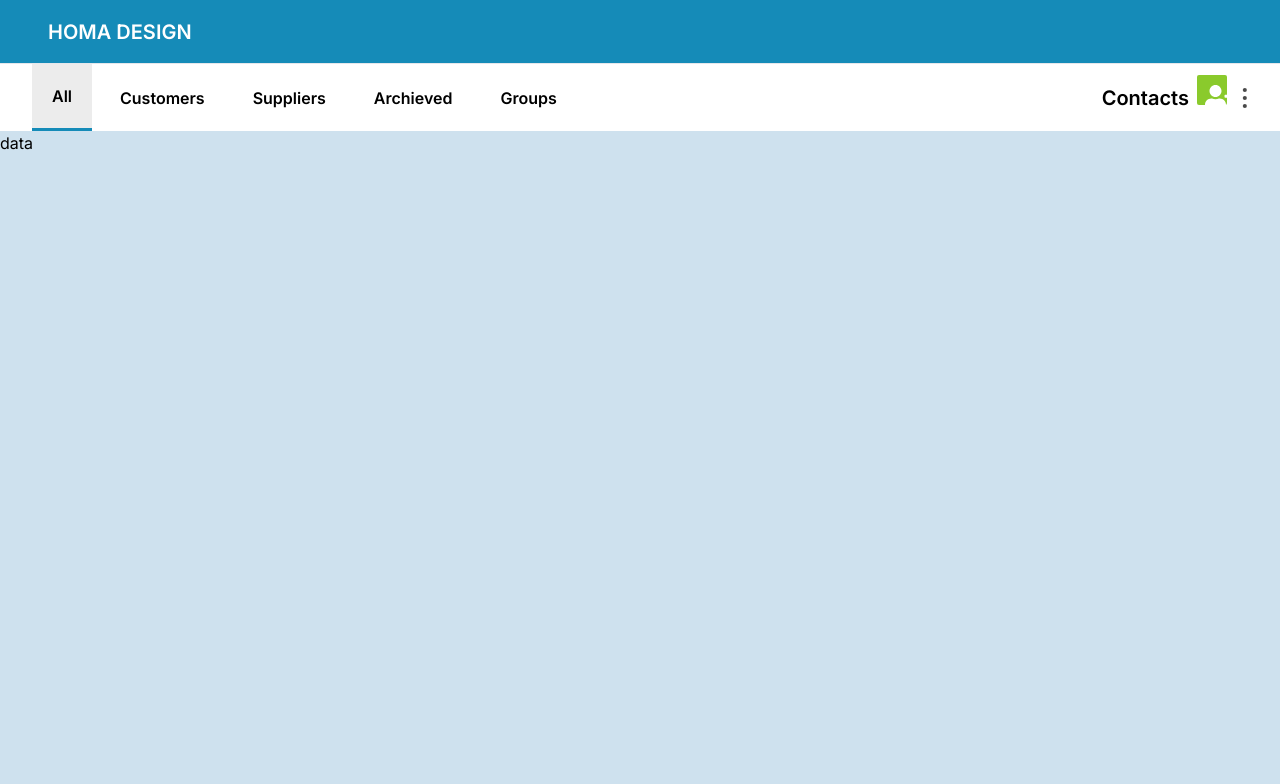
Repository: khairul35/homa-FE
Page: /contact
These files come from the project's save history. The page is drawn as it stood at one moment and after the next save; the edit follows.
The browser window is 1280 px wide. The pictures show the whole page.
The project was rebuilt for these pictures with package versions that can differ from the ones it lists, and the page was loaded fresh each time. The framework's server and built-in components were replaced by stand-ins that run in the browser. Also part of the build but not shown: next.config.js, app/components/layout/header/BusinessMenu.tsx, app/components/layout/header/CompanyMenu.tsx.

Above is the page before, as saved 2024-01-06 09:58:41.

### app/layout.tsx
import type { Metadata } from 'next'
import { Inter } from 'next/font/google'
import Header from './components/layout/Header';
import './globals.css'

const inter = Inter({ subsets: ['latin'] })

export const metadata: Metadata = {
  title: 'MyAccount2U',
  description: 'Accounting System',
}

export default function RootLayout({
  children,
}: {
  children: React.ReactNode
}) {
  return (
    <html lang="en">
      <body className={inter.className}>
        <div className='flex flex-col h-screen'>
          <Header />
          {children}
        </div>
      </body>
    </html>
  )
}

### app/contact/page.tsx
'use client';
import { useState } from 'react';
import { ComponentProps } from './index.props';
import Component from './index.component';

const Contact = () => {
    const [currentTab, setCurrentTab] = useState('all');
    const selectedStyle = {
        backgroundColor: '#ECECEC',
        borderBottom: '3px solid #158BB8',
    };

    const onClickAddContact = () => {

    }

    const componentProps: ComponentProps = {
        currentTab,
        selectedStyle,
        setCurrentTab,
        onClickAddContact
    };

    return (<Component {...componentProps} />)
};

export default Contact;

### app/components/layout/Header.tsx
'use client';

import Link from "next/link";
import BusinessMenu from "./header/BusinessMenu";
import CompanyMenu from "./header/CompanyMenu";
import OrganizationRepository from '@/api/organization';
import { useState, useEffect } from "react";
import { Organization } from "./props";
import { CompanyMenuProps } from "./header/props";

const Header = () => {
    const [organization, setOrganization] = useState<Partial<Organization>>({});
    const [organizations, setOrganizations] = useState<Organization[]>([]);

    const findMyOrganization = async () => {
        const { data } = await OrganizationRepository.findMyOrganization();
        setOrganization(data);
    };

    const findMyOrganizations = async () => {
        const { data } = await OrganizationRepository.findMyOrganizations();
        setOrganizations(data);
    };

    useEffect(() => {
        if (localStorage.getItem('isLogin') == 'true') {
            findMyOrganization();
            findMyOrganizations();
        }
    }, []);

    const companyMenuProps: CompanyMenuProps = {
        organizations,
        organization,
    };

    return (
        localStorage.getItem('isLogin') == 'true' ?
        <div
            className="navbar border-b shadow-black-200"
            style={{ backgroundColor: "#158BB8", color: "#fff" }}
        >
            <div className="navbar-start">
                <div className="dropdown">
                    <label tabIndex={0} className="btn -btn-ghost lg:hidden">
                        <svg
                            xmlns="http:www.w3.org/2000/svg"
                            className="h-5 2-5"
                            fill="none"
                            viewBox="0 0 24 24"
                            stroke="currentColor"
                        >
                            <path
                                strokeLinecap="round"
                                strokeLinejoin="round"
                                strokeWidth="2"
                                d="M4 6h16M4 12h8m-8 6h16"
                            />
                        </svg>
                    </label>
                    <ul
                        tabIndex={0}
                        className="menu menu-sm dropdown-content mt-3 z-[1] p-2 shadow bg-base-100 rounded-box w-52">
                        <li>
                            <Link href="/dashboard">Dashboard</Link>
                        </li>
                        <li>
                            <a>Parent</a>
                            <ul className="p-2">
                                <li><a>Submenu 1</a></li>
                                <li><a>Submenu 2</a></li>
                            </ul>
                        </li>
                        <li>
                            <a>Item 3</a>
                        </li>
                    </ul>
                </div>
                <div className="navbar-center hidden lg:flex">
                    <ul className="menu menu-horizontal px-1">
                        <li>
                            <Link href="/dashboard">Dashboard</Link>
                        </li>
                        <li tabIndex={0} style={{ zIndex: 2 }}>
                            <details>
                                <summary>Business</summary>
                                <BusinessMenu />
                            </details>
                        </li>
                        <li>
                            <Link href="/accounting">Accounting</Link>
                        </li>
                        <li>
                            <Link href="/contact">Contact</Link>
                        </li>
                    </ul>
                </div>
            </div>
            <div className="navbar-end">
                <a className="mr-4">
                    <svg xmlns="http://www.w3.org/2000/svg" width="20" height="20" viewBox="0 0 33 34" fill="none">
                        <path d="M16.497 14.3524C15.7961 14.3524 15.2148 13.8266 15.2148 13.1925V8.04214C15.2148 7.40801 15.7961 6.88214 16.497 6.88214C17.1978 6.88214 17.7791 7.40801 17.7791 8.04214V13.1925C17.7791 13.8421 17.1978 14.3524 16.497 14.3524Z" fill="white"/>
                        <path d="M16.5295 29.5566C12.119 29.5566 7.72562 28.9225 3.53739 27.6542C1.98177 27.1902 0.802227 26.1849 0.289383 24.9167C-0.223461 23.6484 -0.0525134 22.1945 0.785132 20.9263L2.95617 17.6473C3.43483 16.9204 3.86219 15.5594 3.86219 14.7087V11.4608C3.86219 5.13491 9.53767 0 16.5295 0C23.5213 0 29.1967 5.13491 29.1967 11.4608V14.7087C29.1967 15.5439 29.6241 16.9204 30.1028 17.6473L32.2738 20.9263C33.0773 22.1327 33.214 23.5711 32.6841 24.8857C32.1541 26.2004 30.9917 27.2057 29.5215 27.6542C25.3333 28.938 20.9399 29.5566 16.5295 29.5566ZM16.5295 2.33546C10.9565 2.33546 6.42641 6.43411 6.42641 11.4762V14.7242C6.42641 15.977 5.87938 17.7865 5.1614 18.8537L2.99036 22.1481C2.5459 22.8132 2.44333 23.5247 2.69975 24.1433C2.95617 24.762 3.53739 25.226 4.35794 25.4734C12.2215 27.8398 20.8716 27.8398 28.7352 25.4734C29.4703 25.2569 30.0344 24.762 30.2908 24.1124C30.5643 23.4628 30.4788 22.7513 30.0857 22.1481L27.9146 18.8692C27.1966 17.802 26.6496 15.9924 26.6496 14.7396V11.4917C26.6325 6.43411 22.1024 2.33546 16.5295 2.33546Z" fill="white"/>
                        <path d="M16.4942 33.5C14.665 33.5 12.8701 32.8195 11.5709 31.644C10.2717 30.4686 9.51953 28.8446 9.51953 27.1896H12.0838C12.0838 28.2414 12.5624 29.2622 13.3829 30.0046C14.2035 30.747 15.3317 31.18 16.4942 31.18C18.9216 31.18 20.9046 29.3859 20.9046 27.1896H23.4689C23.4689 30.6696 20.3405 33.5 16.4942 33.5Z" fill="white"/>
                    </svg>
                </a>
                <a className="mr-4">
                    <svg xmlns="http://www.w3.org/2000/svg" width="20" height="20" viewBox="0 0 34 36" fill="none">
                        <path d="M2 16.9625C2 8.69375 8.375 2 16.25 2" stroke="white" strokeWidth="3.17336" strokeLinecap="round" strokeLinejoin="round"/>
                        <path d="M30.502 16.9625C30.502 25.2312 24.127 31.925 16.252 31.925C10.642 31.925 5.78203 28.523 3.45703 23.5617" stroke="white" strokeWidth="3.17336" strokeLinecap="round" strokeLinejoin="round"/>
                        <path d="M20 6.72504H29" stroke="white" strokeWidth="3.17336" strokeLinecap="round" strokeLinejoin="round"/>
                        <path d="M20 11.45H24.5" stroke="white" strokeWidth="3.17336" strokeLinecap="round" strokeLinejoin="round"/>
                        <path d="M32 33.5L29 30.35" stroke="white" strokeWidth="3.17336" strokeLinecap="round" strokeLinejoin="round"/>
                    </svg>
                </a>
                <a className="mr-4">
                    <svg xmlns="http://www.w3.org/2000/svg" width="20" height="20" viewBox="0 0 34 34" fill="none">
                        <path d="M24.135 0H9.88192C3.69084 0 0 3.689 0 9.877V24.106C0 30.311 3.69084 34 9.88192 34H24.118C30.3091 34 33.9999 30.311 33.9999 24.123V9.877C34.0169 3.689 30.3261 0 24.135 0ZM27.2136 18.275H18.2841V27.2C18.2841 27.897 17.7058 28.475 17.0085 28.475C16.3111 28.475 15.7328 27.897 15.7328 27.2V18.275H6.80339C6.10604 18.275 5.52775 17.697 5.52775 17C5.52775 16.303 6.10604 15.725 6.80339 15.725H15.7328V6.8C15.7328 6.103 16.3111 5.525 17.0085 5.525C17.7058 5.525 18.2841 6.103 18.2841 6.8V15.725H27.2136C27.9109 15.725 28.4892 16.303 28.4892 17C28.4892 17.697 27.9109 18.275 27.2136 18.275Z" fill="white"/>
                    </svg>
                </a>
                <a className="mr-4">
                    <svg xmlns="http://www.w3.org/2000/svg" width="20" height="20" viewBox="0 0 49 50" fill="none">
                        <path d="M31.1171 15.8919C31.6121 16.9039 31.9046 18.0539 31.9046 19.2729C31.8821 23.3439 28.7546 26.6789 24.7946 26.7939C24.6371 26.7709 24.4346 26.7709 24.2546 26.7939C20.2946 26.6559 17.1445 23.3439 17.1445 19.2729C17.1445 15.1099 20.4296 11.7289 24.5246 11.7289" stroke="white" strokeWidth="3" strokeLinecap="round" strokeLinejoin="round"/>
                        <path d="M39.666 41.974C35.661 45.7229 30.351 47.9999 24.501 47.9999C18.6509 47.9999 13.3409 45.7229 9.33594 41.974C9.56094 39.812 10.9109 37.696 13.3184 36.04C19.4834 31.854 29.5635 31.854 35.6835 36.04C38.091 37.696 39.441 39.812 39.666 41.974Z" stroke="white" strokeWidth="3" strokeLinecap="round" strokeLinejoin="round"/>
                        <path d="M6.5 11.2C3.6875 15.0409 2 19.8249 2 24.9999C2 37.6958 12.08 47.9998 24.5 47.9998C36.92 47.9998 47 37.6958 47 24.9999C47 12.3039 36.92 2 24.5 2C21.2825 2 18.2 2.69 15.4325 3.95499" stroke="white" strokeWidth="3" strokeLinecap="round" strokeLinejoin="round"/>
                    </svg>
                </a>
                    <ul className="menu menu-horizontal px-1">
                        <li tabIndex={0} style={{ borderRadius: '5px', background: '#0E3265', zIndex: 2 }}>
                            <details>
                                <summary>
                                    {organization.name}
                                </summary>
                                <CompanyMenu {...companyMenuProps} />
                            </details>
                        </li>
                    </ul>
            </div>
        </div>
        :
        <div
            className="navbar border-b shadow-black-200"
            style={{ backgroundColor: "#158BB8", color: "#fff" }}
        >
            <h2 className="text-xl font-semibold pl-10">HOMA DESIGN</h2>
        </div>
    )
};

export default Header;

### app/contact/index.component.tsx
import { ComponentProps } from "./index.props";

const Component = (props: ComponentProps) => {
    const {
        currentTab,
        selectedStyle,
        onClickAddContact,
        setCurrentTab,
    } = props;

    return (
        (
            <main className="flex min-h-screen flex-col justify-between bg-bg-color">
                <div>
                    <div className="bg-white">
                        <div className="flex items-center justify-between px-4 sm:px-6 md:px-8">
                            <div className="flex items-center space-x-2">
                                <span
                                    className="hidden sm:inline font-semibold p-5 cursor-pointer"
                                    style={currentTab == 'all' ? selectedStyle : undefined }
                                    onClick={() => setCurrentTab('all')}
                                >
                                    All
                                </span>
                                <span
                                    className="hidden sm:inline font-semibold p-5 cursor-pointer"
                                    style={currentTab == 'customers' ? selectedStyle : undefined }
                                    onClick={() => setCurrentTab('customers')}
                                >
                                    Customers
                                </span>
                                <span
                                    className="hidden sm:inline font-semibold p-5 cursor-pointer"
                                    style={currentTab == 'suppliers' ? selectedStyle : undefined }
                                    onClick={() => setCurrentTab('suppliers')}
                                >
                                    Suppliers
                                </span>
                                <span
                                    className="hidden sm:inline font-semibold p-5 cursor-pointer"
                                    style={currentTab == 'archieved' ? selectedStyle : undefined }
                                    onClick={() => setCurrentTab('archieved')}
                                >
                                    Archieved
                                </span>
                                <span
                                    className="hidden sm:inline font-semibold p-5 cursor-pointer"
                                    style={currentTab == 'groups' ? selectedStyle : undefined }
                                    onClick={() => setCurrentTab('groups')}
                                >
                                    Groups
                                </span>
                            </div>
                            <div className="flex items-center">
                                <h2 className="hidden sm:block text-xl font-semibold">
                                    Contacts
                                </h2>
                                <div className="flex items-center ml-2">
                                    <svg xmlns="http://www.w3.org/2000/svg" width="45" height="45" viewBox="0 0 45 45" fill="none">
                                        <rect width="30" height="30" rx="2" fill="#8ACA2C"/>
                                        <path d="M37.25 19.75H34.25V16.75C34.25 16.3375 33.9125 16 33.5 16H32C31.5875 16 31.25 16.3375 31.25 16.75V19.75H28.25C27.8375 19.75 27.5 20.0875 27.5 20.5V22C27.5 22.4125 27.8375 22.75 28.25 22.75H31.25V25.75C31.25 26.1625 31.5875 26.5 32 26.5H33.5C33.9125 26.5 34.25 26.1625 34.25 25.75V22.75H37.25C37.6625 22.75 38 22.4125 38 22V20.5C38 20.0875 37.6625 19.75 37.25 19.75ZM18.5 22C21.8141 22 24.5 19.3141 24.5 16C24.5 12.6859 21.8141 10 18.5 10C15.1859 10 12.5 12.6859 12.5 16C12.5 19.3141 15.1859 22 18.5 22ZM22.7 23.5H21.9172C20.8766 23.9781 19.7188 24.25 18.5 24.25C17.2812 24.25 16.1281 23.9781 15.0828 23.5H14.3C10.8219 23.5 8 26.3219 8 29.8V31.75C8 32.9922 9.00781 34 10.25 34H26.75C27.9922 34 29 32.9922 29 31.75V29.8C29 26.3219 26.1781 23.5 22.7 23.5Z" fill="white"/>
                                    </svg>
                                    <svg xmlns="http://www.w3.org/2000/svg" width="6" height="20" viewBox="0 0 6 27" fill="none">
                                        <circle cx="2.75704" cy="2.75704" r="2.75704" fill="#494949"/>
                                        <circle cx="2.75704" cy="13.5002" r="2.75704" fill="#494949"/>
                                        <circle cx="2.75704" cy="24.2429" r="2.75704" fill="#494949"/>
                                    </svg>
                                </div>
</div>

                        </div>
                    </div>
                    <div>
                        data
                    </div>
                </div>
            </main>
        )
    )
};

export default Component;

### api/organization/index.ts
import repository from "../repository";
import { CreateOrganizationProps, UpdateOrganizationProps } from "./props";

const resource = '/api/organization';

const api = {
    findMyOrganization() {
        return repository.get(`${resource}/me`);
    },
    findMyOrganizations() {
        return repository.get(`${resource}/me/all`);
    },
    createOrganization(body: CreateOrganizationProps) {
        return repository.post(`${resource}`, body);
    },
    updateOrganization(body: UpdateOrganizationProps) {
        return repository.put(`${resource}`, body);
    },
    updateCurrentOrganization(organizationId: number) {
        return repository.put(`${resource}/current-organization/${organizationId}`);
    },
};

export default api;

### api/repository.ts
import axios from 'axios';
import AuthRepository from './auth';

const repository = axios.create({
    baseURL: 'http://localhost:3000',
});

// Request interceptor to add Bearer token to outgoing requests
repository.interceptors.request.use(
    (config) => {
        const accessToken = localStorage.getItem('accessToken');
        if (accessToken) {
            config.headers.Authorization = `Bearer ${accessToken}`;
        }
        return config;
    },
    (error) => {
        return Promise.reject(error);
    }
);

let isRefreshing = false;
let failedQueue: any = [];

// Function to refresh the session and retry failed requests
async function retryFailedRequests(error: any) {
    if (isRefreshing) {
        try {
            const { data } = await AuthRepository.refreshToken();
            localStorage.setItem('accessToken', data.accessToken);
            localStorage.setItem('refreshToken', data.refreshToken);
            localStorage.setItem('isLogin', 'true');
            failedQueue.forEach((prom: any) => {
                prom.resolve(repository(prom.originalRequest));
            });
            failedQueue = [];
        } catch (error) {
            localStorage.setItem('isLogin', 'false');
            window.location.href = '/login';
            failedQueue.forEach((prom: any) => {
                prom.reject(error);
            });
            failedQueue = [];
        } finally {
            isRefreshing = false;
        }
    }
}

// Response interceptor to handle failed requests due to expired tokens
repository.interceptors.response.use(
    (response) => response,
    async (error) => {
        const {
            config,
            response: { status },
        } = error;

        if (status === 401) {
            const originalRequest = config;
            if (!isRefreshing) {
                isRefreshing = true;
                return new Promise((resolve, reject) => {
                    failedQueue.push({ resolve, reject, originalRequest });
                    retryFailedRequests(error);
                }).then((res) => {
                    return res;
                }).catch((err) => {
                    return Promise.reject(err);
                });
            } else {
                return new Promise((resolve, reject) => {
                    failedQueue.push({ resolve, reject, originalRequest });
                }).then((res) => {
                    return res;
                }).catch((err) => {
                    return Promise.reject(err);
                });
            }
        }
        return Promise.reject(error.response);
    }
);

export default repository;

### api/auth.ts
import repository from "./repository";

const resource = "/api/auth";

const api = {
    login(username: string, password: string) {
        return repository.post(
            `${resource}/login`,
            { username, password },
        );
    },
    refreshToken() {
        return repository.post(
            `${resource}/refreshToken`,
            { refreshToken: localStorage.getItem('refreshToken') },
        );
    },
    logout() {
        return repository.post(`${resource}/logout`);
    },
    logoutAllDevice() {
        return repository.post(`${resource}/logout/all-device`);
    },
};

export default api;

### tailwind.config.ts
import type { Config } from 'tailwindcss'

const config: Config = {
  content: [
    './pages/**/*.{js,ts,jsx,tsx,mdx}',
    './components/**/*.{js,ts,jsx,tsx,mdx}',
    './app/**/*.{js,ts,jsx,tsx,mdx}',
  ],
  theme: {
    extend: {
      backgroundImage: {
        'gradient-radial': 'radial-gradient(var(--tw-gradient-stops))',
        'gradient-conic':
          'conic-gradient(from 180deg at 50% 50%, var(--tw-gradient-stops))',
      },
      backgroundColor: {
        'bg-color': '#CEE1EE', // Define a custom background color class
      },
      button: {
        'primary': '#158BB8',
      },
      fontWeight: {
        'label': '600',
      },
    },
  },
  plugins: [require("daisyui")],
  daisyui: {
    themes: [
      {
        mytheme: {
          "primary": "#158BB8",
          "secondary": "#d926a9",
          "accent": "#1fb2a6",
          "neutral": "#2a323c",
          "base-100": "#1d232a",
          "info": "#3abff8",
          "success": "#36d399",
          "warning": "#fbbd23",
          "error": "#f87272",
        },
      },
    ],
  },
}
export default config

Loaded but not shown: app/globals.css (common file)

After the next save:
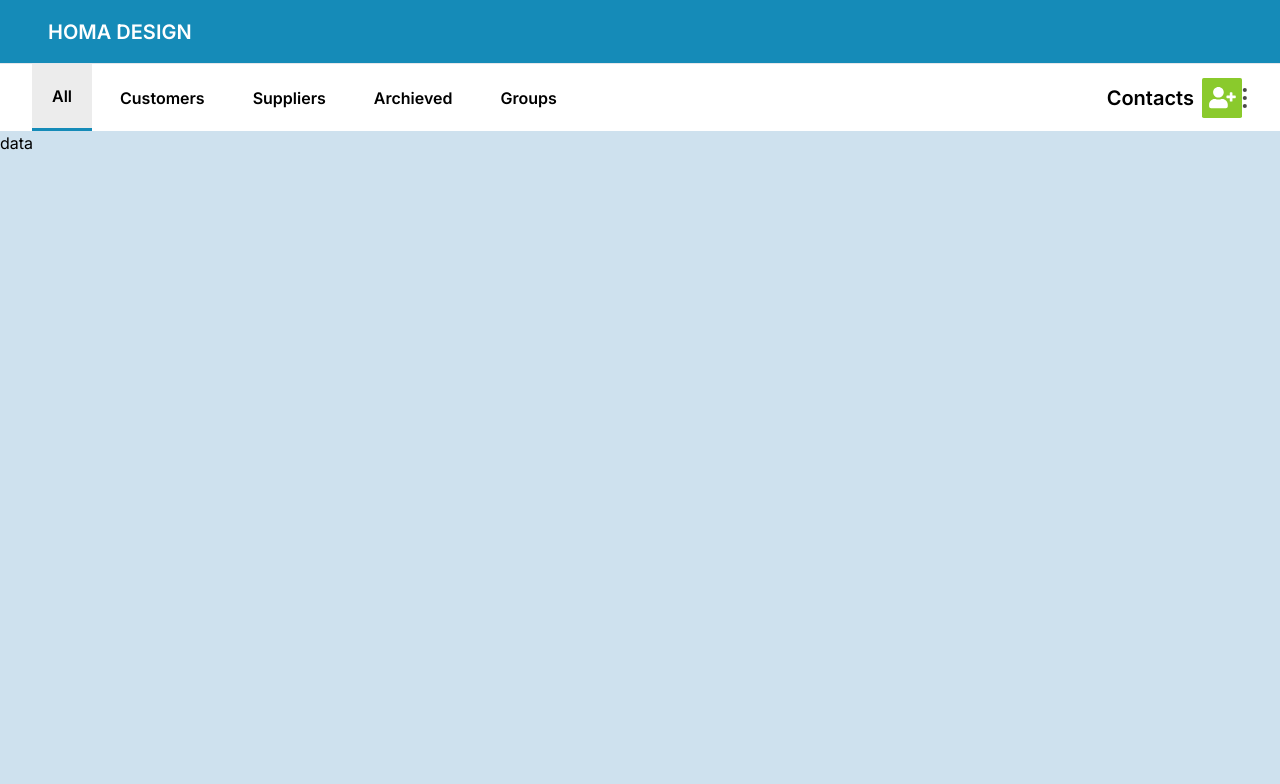
Saved 25 s later.
--- a/app/contact/index.component.tsx
+++ b/app/contact/index.component.tsx
@@ -56,8 +56,8 @@ const Component = (props: ComponentProps) => {
                                     Contacts
                                 </h2>
                                 <div className="flex items-center ml-2">
-                                    <svg xmlns="http://www.w3.org/2000/svg" width="45" height="45" viewBox="0 0 45 45" fill="none">
-                                        <rect width="30" height="30" rx="2" fill="#8ACA2C"/>
+                                    <svg xmlns="http://www.w3.org/2000/svg" width="40" height="40" viewBox="0 0 45 45" fill="none">
+                                        <rect width="45" height="45" rx="2" fill="#8ACA2C"/>
                                         <path d="M37.25 19.75H34.25V16.75C34.25 16.3375 33.9125 16 33.5 16H32C31.5875 16 31.25 16.3375 31.25 16.75V19.75H28.25C27.8375 19.75 27.5 20.0875 27.5 20.5V22C27.5 22.4125 27.8375 22.75 28.25 22.75H31.25V25.75C31.25 26.1625 31.5875 26.5 32 26.5H33.5C33.9125 26.5 34.25 26.1625 34.25 25.75V22.75H37.25C37.6625 22.75 38 22.4125 38 22V20.5C38 20.0875 37.6625 19.75 37.25 19.75ZM18.5 22C21.8141 22 24.5 19.3141 24.5 16C24.5 12.6859 21.8141 10 18.5 10C15.1859 10 12.5 12.6859 12.5 16C12.5 19.3141 15.1859 22 18.5 22ZM22.7 23.5H21.9172C20.8766 23.9781 19.7188 24.25 18.5 24.25C17.2812 24.25 16.1281 23.9781 15.0828 23.5H14.3C10.8219 23.5 8 26.3219 8 29.8V31.75C8 32.9922 9.00781 34 10.25 34H26.75C27.9922 34 29 32.9922 29 31.75V29.8C29 26.3219 26.1781 23.5 22.7 23.5Z" fill="white"/>
                                     </svg>
                                     <svg xmlns="http://www.w3.org/2000/svg" width="6" height="20" viewBox="0 0 6 27" fill="none">
